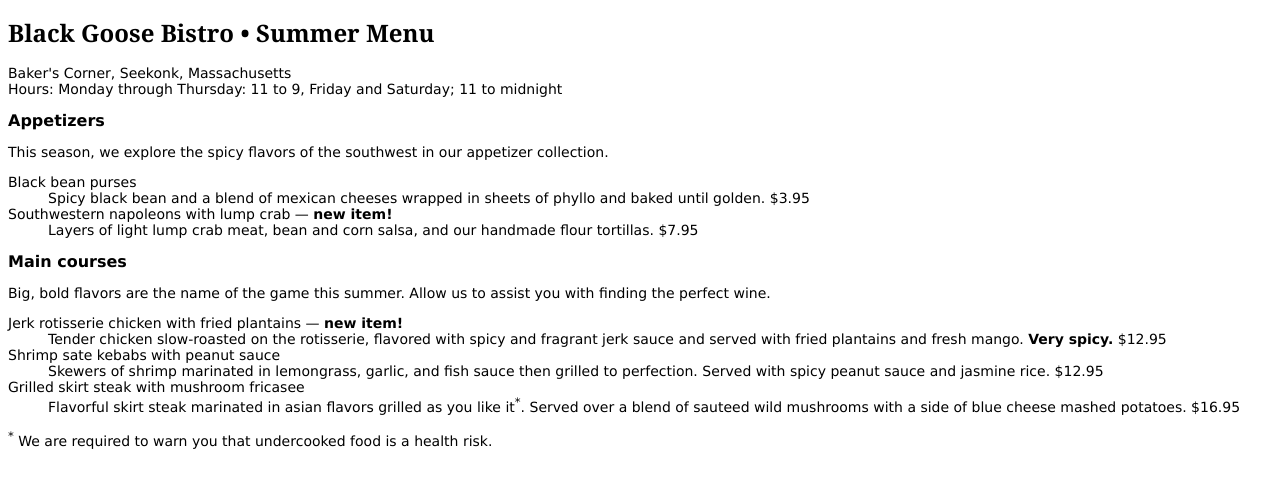
Repository: Lithium87/WebDesign
Page: Bistro/menu.html
These files come from the project's save history. The page is drawn as it stood at one moment and after the next save; the edit follows.
The browser window is 1280 px wide. The pictures show the whole page.
Some web fonts or font styles are not loaded; a fallback is used.

Above is the page before, as saved 2020-04-14 09:53:10.

After the next save:
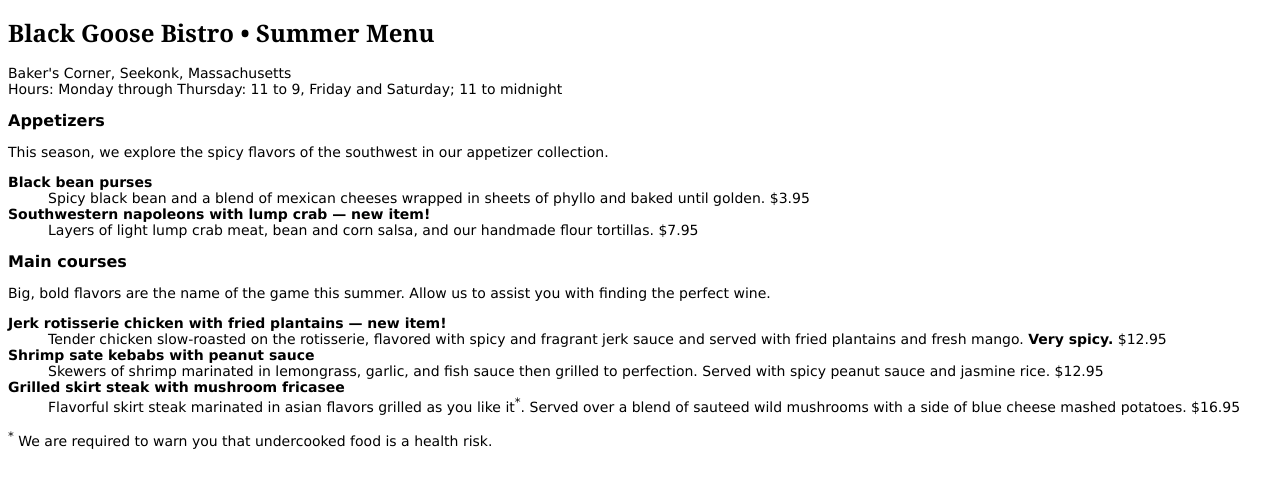
Saved 24 min 36 s later.
--- a/Bistro/menu.html
+++ b/Bistro/menu.html
@@ -23,6 +23,10 @@
         p,
         dl {
             font-size: 0.875em;
+        }
+
+        dt {
+            font-weight: bold;
         }
     </style>
 </head>
